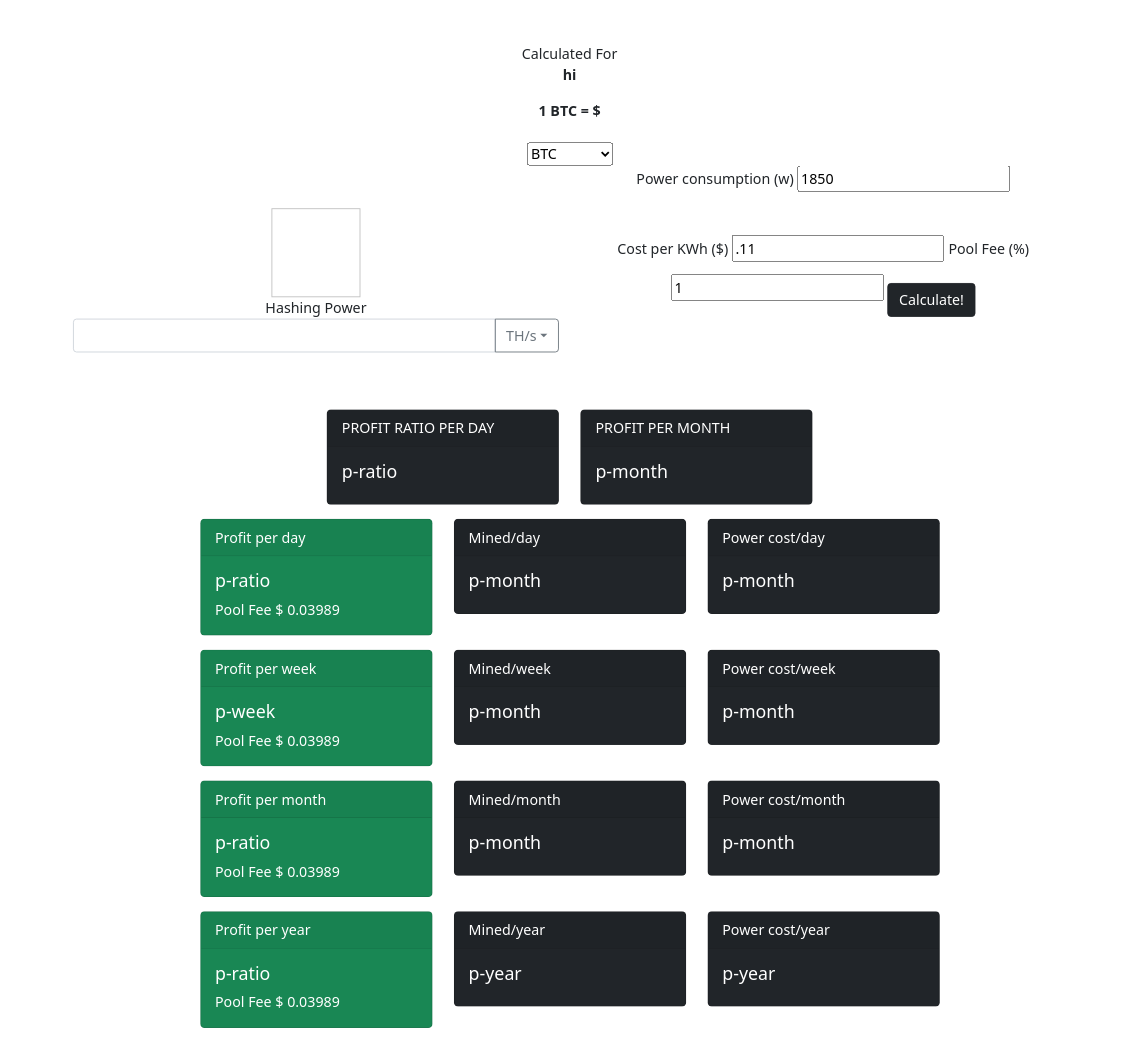
Repository: ibrkhalil/calculator
Page: index.html
An editor plug-in stored every save of this project. The page is shown before and after the next save, followed by the edit.
The browser window is 1280 px wide. The pictures show the whole page, at 89% of full size.
The page's requests for data from a server got no answer.

Above is the page before, as saved 2021-10-20 13:13:00.

### index.html
<!DOCTYPE html>
<html lang="en">

<head>
    <meta charset="UTF-8">
    <meta http-equiv="X-UA-Compatible" content="IE=edge">
    <link rel="stylesheet" href="styles.css">
    <meta name="viewport" content="width=device-width, initial-scale=1">
    <link href="https://cdn.jsdelivr.net/npm/bootstrap@5.1.3/dist/css/bootstrap.min.css" rel="stylesheet"
        integrity="sha384-1BmE4kWBq78iYhFldvKuhfTAU6auU8tT94WrHftjDbrCEXSU1oBoqyl2QvZ6jIW3" crossorigin="anonymous">
    <title>Calculator</title>
</head>

<body>
    <div>
        <form class="container" id="mainform">
            <div class="head-of-calculator text-center">
                <div class="row">
                    <div class="col-md-12 mt-5">
                        <label class="" for="UNIT" class="UNIT">Calculated For</label>
                        <br>
                        <strong name="UNIT" id="UNIT">
                            <p>hi</p>1 BTC = $
                        </strong>
                        <br>
                        <br>
                        <select name="Coins" id="coins">
                            <option value="BTC">BTC</option>
                            <option value="LiteCoin">LiteCoin</option>
                            <option value="DogeCoin">DogeCoin</option>
                        </select>

                    </div>
                    <div class="col-md-6">
                        <div class="mt-5 justify-content-center ">
                            <img id="iconImg" width="100" height="100" />
                            <br>
                            <label for="">
                                Hashing Power
                            </label>
                            <div class="input-group mb-3">
                                <input type="text" class="form-control" id="hashing"
                                    aria-label="Text input with dropdown button">
                                <button class="btn btn-outline-secondary dropdown-toggle" type="button"
                                    data-bs-toggle="dropdown" aria-expanded="false">TH/s</button>
                                <ul class="dropdown-menu dropdown-menu-end">
                                    <li><a class="dropdown-item" href="#">H/s</a></li>
                                    <li><a class="dropdown-item" href="#">KH/s</a></li>
                                    <li><a class="dropdown-item" href="#">MH/s</a></li>
                                    <li><a class="dropdown-item" href="#">GH/s</a></li>
                                    <li><a class="dropdown-item" href="#">TH/s</a></li>
                                </ul>
                            </div>

                        </div>
                    </div>
                    <div class="col-md-6">

                        <label for="power">
                            Power consumption (w)
                        </label>
                        <input type="text" name="power" id="power" value="1850" />
                        <br>
                        <br>
                        <br>
                        <label for="cost">
                            Cost per KWh ($)
                        </label>
                        <input type="text" name="cost" id="cost" value=".11" />

                        <label for="pool">
                            Pool Fee (%)
                        </label>
                        <input type="text" name="pool" id="pool" value="1" />
                        <button type="submit" class="btn mt-4 btn-dark">Calculate!</button>
                    </div>
                </div>
            </div>
            <div class="row mt-5 justify-content-center">
                <div class="col-md-3">
                    <div class="card text-white bg-dark mb-3 rounded-3" style="max-width: 18rem;">
                        <div class="card-header">PROFIT RATIO PER DAY</div>
                        <div class="card-body">
                            <h5 class="card-title">p-ratio</h5>
                            <p class="card-text p-ratio"></p>
                        </div>
                    </div>
                </div>
                <div class="col-md-3">
                    <div class="card text-white bg-dark mb-3 rounded-3" style="max-width: 18rem;">
                        <div class="card-header">PROFIT PER MONTH</div>
                        <div class="card-body">
                            <h5 class="card-title">p-month</h5>
                        </div>
                    </div>
                </div>
            </div>
            <div class="row justify-content-center">
                <div class="col-md-3">
                    <div class="card text-white bg-success mb-3 rounded-3" style="max-width: 18rem;">
                        <div class="card-header">Profit per day</div>
                        <div class="card-body">
                            <h5 class="card-title">p-ratio</h5>
                            <p class="card-text">Pool Fee $ 0.03989</p>
                        </div>
                    </div>
                </div>
                <div class="col-md-3">
                    <div class="card text-white bg-dark mb-3 rounded-3" style="max-width: 18rem;">
                        <div class="card-header">Mined/day</div>
                        <div class="card-body">
                            <h5 class="card-title">p-month</h5>
                        </div>
                    </div>
                </div>
                <div class="col-md-3">
                    <div class="card text-white bg-dark mb-3 rounded-3" style="max-width: 18rem;">
                        <div class="card-header">Power cost/day</div>
                        <div class="card-body">
                            <h5 class="card-title">p-month</h5>
                        </div>
                    </div>
                </div>
            </div>
            <div class="row justify-content-center">
                <div class="col-md-3">
                    <div class="card text-white bg-success mb-3 rounded-3" style="max-width: 18rem;">
                        <div class="card-header">Profit per week</div>
                        <div class="card-body">
                            <h5 class="card-title">p-week</h5>
                            <p class="card-text p-ratio">Pool Fee $ 0.03989</p>
                        </div>
                    </div>
                </div>
                <div class="col-md-3">
                    <div class="card text-white bg-dark mb-3 rounded-3" style="max-width: 18rem;">
                        <div class="card-header">Mined/week</div>
                        <div class="card-body">
                            <h5 class="card-title">p-month</h5>
                        </div>
                    </div>
                </div>
                <div class="col-md-3">
                    <div class="card text-white bg-dark mb-3 rounded-3" style="max-width: 18rem;">
                        <div class="card-header">Power cost/week</div>
                        <div class="card-body">
                            <h5 class="card-title">p-month</h5>
                        </div>
                    </div>
                </div>
            </div>
            <div class="row justify-content-center">
                <div class="col-md-3">
                    <div class="card text-white bg-success mb-3 rounded-3" style="max-width: 18rem;">
                        <div class="card-header">Profit per month</div>
                        <div class="card-body">
                            <h5 class="card-title">p-ratio</h5>
                            <p class="card-text p-ratio">Pool Fee $ 0.03989</p>
                        </div>
                    </div>
                </div>
                <div class="col-md-3">
                    <div class="card text-white bg-dark mb-3 rounded-3" style="max-width: 18rem;">
                        <div class="card-header">Mined/month</div>
                        <div class="card-body">
                            <h5 class="card-title">p-month</h5>
                        </div>
                    </div>
                </div>
                <div class="col-md-3">
                    <div class="card text-white bg-dark mb-3 rounded-3" style="max-width: 18rem;">
                        <div class="card-header">Power cost/month</div>
                        <div class="card-body">
                            <h5 class="card-title">p-month</h5>
                        </div>
                    </div>
                </div>
            </div>
            <div class="row justify-content-center">
                <div class="col-md-3">
                    <div class="card text-white bg-success mb-3 rounded-3" style="max-width: 18rem;">
                        <div class="card-header">Profit per year</div>
                        <div class="card-body">
                            <h5 class="card-title">p-ratio</h5>
                            <p class="card-text p-ratio">Pool Fee $ 0.03989</p>
                        </div>
                    </div>
                </div>
                <div class="col-md-3">
                    <div class="card text-white bg-dark mb-3 rounded-3" style="max-width: 18rem;">
                        <div class="card-header">Mined/year</div>
                        <div class="card-body">
                            <h5 class="card-title">p-year</h5>
                        </div>
                    </div>
                </div>
                <div class="col-md-3">
                    <div class="card text-white bg-dark mb-3 rounded-3" style="max-width: 18rem;">
                        <div class="card-header">Power cost/year</div>
                        <div class="card-body">
                            <h5 class="card-title">p-year</h5>
                        </div>
                    </div>
                </div>
            </div>
        </form>
    </div>
    <script src="https://cdn.jsdelivr.net/npm/bootstrap@5.1.3/dist/js/bootstrap.bundle.min.js"
        integrity="sha384-ka7Sk0Gln4gmtz2MlQnikT1wXgYsOg+OMhuP+IlRH9sENBO0LRn5q+8nbTov4+1p"
        crossorigin="anonymous"></script>

    <script src="script.js"></script>
</body>

</html>

### script.js
let state = {
    selectedItemPrice: 0,
    selecteitemIcon: "",
    hashingPower: "TH/s"
}
const hashingInput = document.getElementById('hashing')
const costInput = document.getElementById('cost')
const poolInput = document.getElementById('pool')
const powerInput = document.getElementById('power')
const coinsInput = document.getElementById('coins')
const mainform = document.getElementById('mainform')
let UNIT = document.getElementById('UNIT')
let iconImg = document.getElementById('iconImg')
let coins = document.getElementById('coins')
coins.addEventListener("change", handleCoinChange)
const ClienID = "9f78bfdd52fa7d4e3ca0f4d7af6819aa4c786603085c7059144b64a6e20cacc5"
const ClienSecret = "0b79f034066c9c06ca1e8d948cb8cf07709d534ccf4b865d953c8b810317007b"
var BTCPrice = 0;
var BTCLogo = "";
let ETHPrice = 0;
let ETHLogo = "";
let LTCPrice = 0;
let LTCLogo = "";
let DOGEPrice = 0;
let DOGELogo = "";
const handleSubmit = (e) => {
    e.preventDefault()
    const hashing = hashingInput.value
    const cost = costInput.value
    const pool = poolInput.value
    const power = powerInput.value
}
mainform.addEventListener("submit", handleSubmit)


function handleCoinChange(e) {
    switch (e.target.value) {
        case "BTC":
            state.selectedItemPrice = "1 BitCoin = " + parseFloat(BTCPrice).toFixed(2) + "$"
            state.selecteitemIcon = BTCLogo
            break;
        case "LiteCoin":
            state.selectedItemPrice = "1 LiteCoin = " + parseFloat(LTCPrice).toFixed(2) + "$"
            state.selecteitemIcon = LTCLogo
            break;
        case "DogeCoin":
            state.selectedItemPrice = "1 DogeCoin = " + parseFloat(DOGEPrice).toFixed(2) + "$"
            state.selecteitemIcon = DOGELogo
            break;
    }
    UNIT.textContent = state.selectedItemPrice
    iconImg.setAttribute("src", state.selecteitemIcon)

}
const data = fetch(`https://api.nomics.com/v1/currencies/ticker?key=5062a1c78b71f9b54e103a1d39110d85bd5dcab3&interval=1d,30d&per-page=100&page=1"&ids=BTC,ETH,LTC,DOGE`).then(response => response.json()).then(response => {
    BTCPrice = response[0].price
    BTCLogo = response[0].logo_url
    ETHPrice = response[1].price
    ETHLogo = response[1].logo_url
    LTCPrice = response[3].price
    LTCLogo = response[3].logo_url
    DOGEPrice = response[2].price
    DOGELogo = response[2].logo_url
    state.selectedItemPrice = BTCPrice
    state.selecteitemIcon = BTCLogo
    UNIT.textContent = "1 BitCoin = " + parseFloat(state.selectedItemPrice).toFixed(2) + "$"
    iconImg.setAttribute("src", state.selecteitemIcon)

})

Loaded but not shown: styles.css (no stored copy; drawn as an empty file)

After the next save:
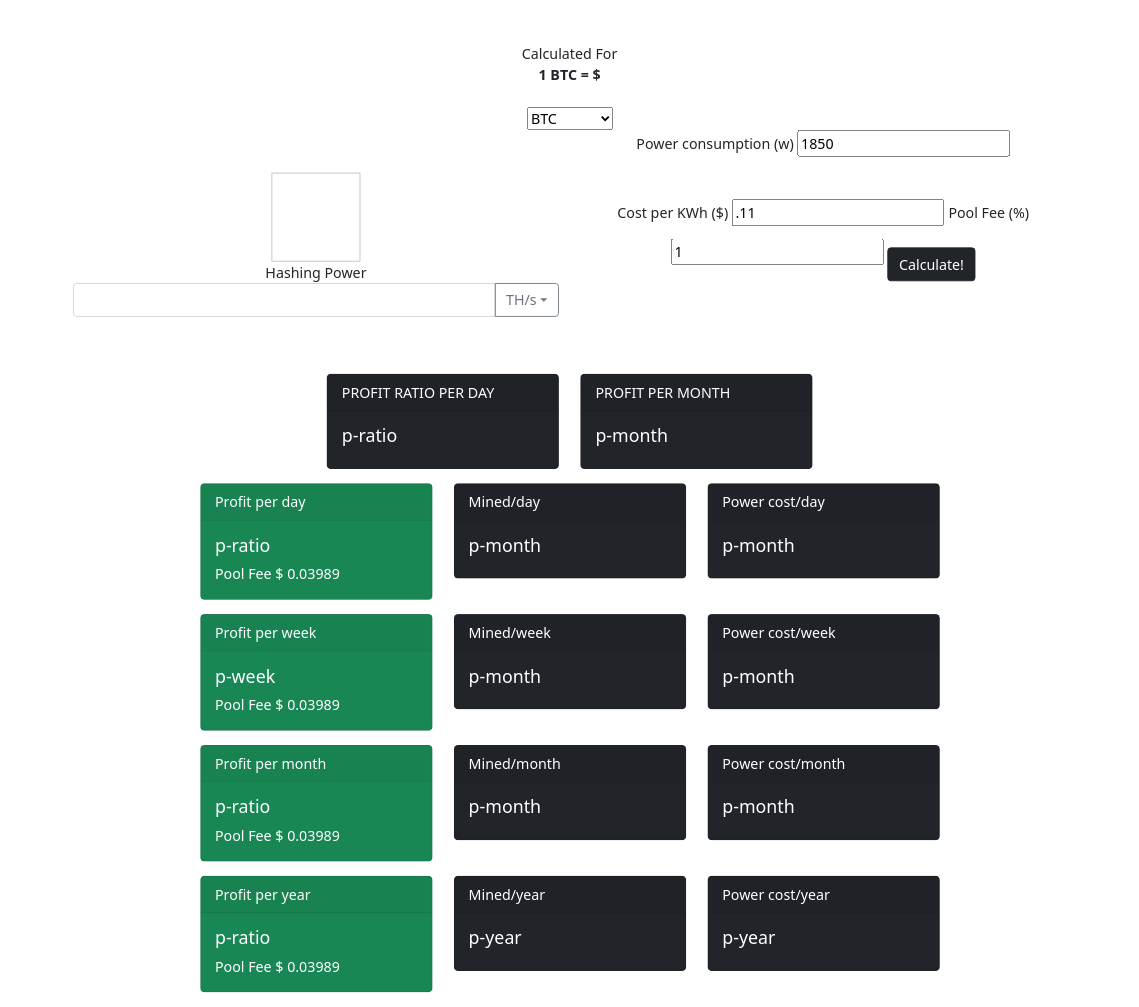
Saved 2 min 2 s later.
--- a/index.html
+++ b/index.html
@@ -19,9 +19,7 @@
                     <div class="col-md-12 mt-5">
                         <label class="" for="UNIT" class="UNIT">Calculated For</label>
                         <br>
-                        <strong name="UNIT" id="UNIT">
-                            <p>hi</p>1 BTC = $
-                        </strong>
+                        <strong name="UNIT" id="UNIT">1 BTC = $ </strong>
                         <br>
                         <br>
                         <select name="Coins" id="coins">
@@ -43,7 +41,7 @@
                                     aria-label="Text input with dropdown button">
                                 <button class="btn btn-outline-secondary dropdown-toggle" type="button"
                                     data-bs-toggle="dropdown" aria-expanded="false">TH/s</button>
-                                <ul class="dropdown-menu dropdown-menu-end">
+                                <ul class="dropdown-menu dropdown-menu-end" id="hashing-menu">
                                     <li><a class="dropdown-item" href="#">H/s</a></li>
                                     <li><a class="dropdown-item" href="#">KH/s</a></li>
                                     <li><a class="dropdown-item" href="#">MH/s</a></li>
